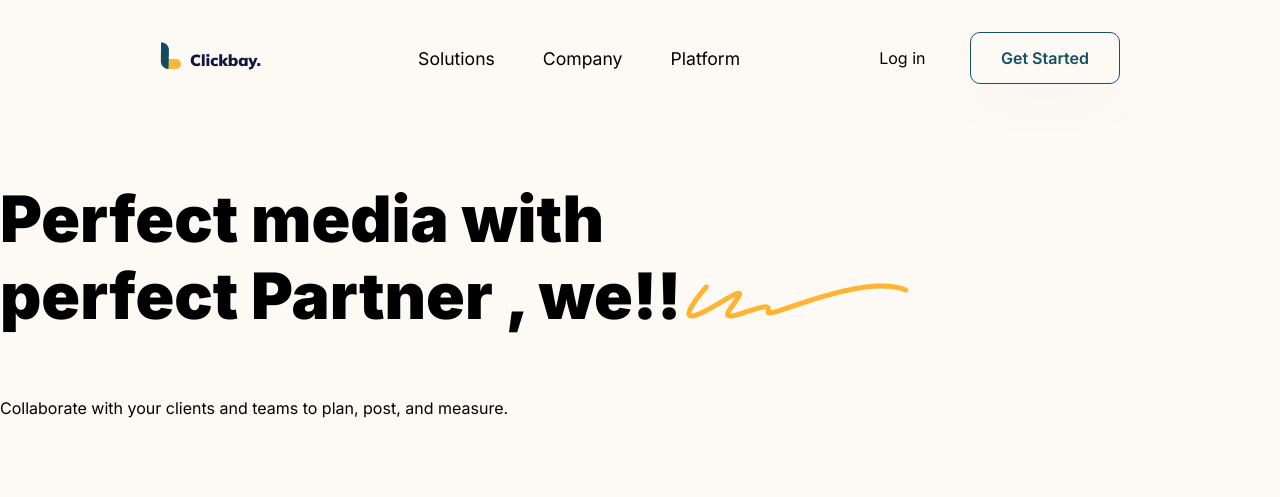
Repository: badhon252/Clickbay
Page: index.html
These files come from the project's save history. The page is drawn as it stood at one moment and after the next save; the edit follows.
The browser window is 1280 px wide. The pictures show the whole page.
The style sheet was rebuilt from its Sass, Less or Tailwind sources for each picture, by a compiler version that may differ from the author's.

Above is the page before, as saved 2022-09-03 23:44:58.

### index.html
<!DOCTYPE html>
<html lang="en">

<head>
    <meta charset="UTF-8">
    <meta http-equiv="X-UA-Compatible" content="IE=edge">
    <meta name="viewport" content="width=device-width, initial-scale=1.0">
    <link rel="stylesheet" href="./scss/style.css">
    <title>Document</title>
</head>

<body>
    <header class="">
        <nav class="navbar container">
            <div class="navbar_brand">
                <img src="./images/logo.png" alt="Image not found!">
            </div>

            <ul class="nav">
                <li class="nav-items"><a href="" class="nav-links">Solutions</a></li>
                <li class="nav-items"><a href="" class="nav-links">Company</a></li>
                <li class="nav-items"><a href="" class="nav-links">Platform</a></li>
            </ul>

            <div class="nav-btns">
                <button class="btn nav-log">Log in</button>
                <button class="btn nav-start">Get Started</button>
            </div>
        </nav>

        <div class="header-content">
            <h1 class="h1 my-4">
                Perfect media with <br> perfect Partner , we!!
            </h1>
            <img src="./images/Vector 735.png" alt="" class="signature">
            <p>Collaborate with your clients and teams to plan, post, and measure.</p>
        </div>
    </header>
</body>

</html>

### scss/style.scss
@import url("https://fonts.googleapis.com/css2?family=Inter:wght@400;600;700;800;900&display=swap");
* {
  margin: 0;
  padding: 0;
  box-sizing: border-box;
  font-family: "Inter", sans-serif;
  // font-family: 'Poppins';
}
.container {
  margin: 0 10rem;
}
.btn {
  outline: none;
  border: none;
  padding: 15px 30px;
  font-size: 1rem;
  background-color: transparent;
}
.h1 {
  font-size: 4rem;
}

// margin
.my-1 {
  margin: 1rem 0;
}
.my-2 {
  margin: 2rem 0;
}
.my-3 {
  margin: 3rem 0;
}
.my-4 {
  margin: 4rem 0;
}
.my-5 {
  margin: 5rem 0;
}

//==============================
//===================
//==============================
header {
  background-color: #fdf9f4;
  min-height: 100vh;
  .navbar {
    padding: 2rem 0;
    display: flex;
    justify-content: space-between;
    align-items: center;
    font-weight: 500;
    .nav {
      display: flex;
      .nav-items {
        margin-left: 3rem;
        list-style-type: none;
        .nav-links {
          text-decoration: none;
          color: black;
          font-size: 1.1rem;
          font-weight: 500;
        }
      }
    }

    .nav-start {
      border: 1px solid #1a5365;
      box-shadow: 0px 25px 35px -20px rgba(232, 236, 243, 0.5);
      border-radius: 10px;
      color: #154f61;
      font-weight: 600;
      margin-left: 10px;
    }
  }

  h1,
  .signature,
  p {
    display: inline-block;
    margin: 0 auto;
  }
  .h1 {
    // text-align: center;
    font-weight: 900;
  }
}

After the next save:
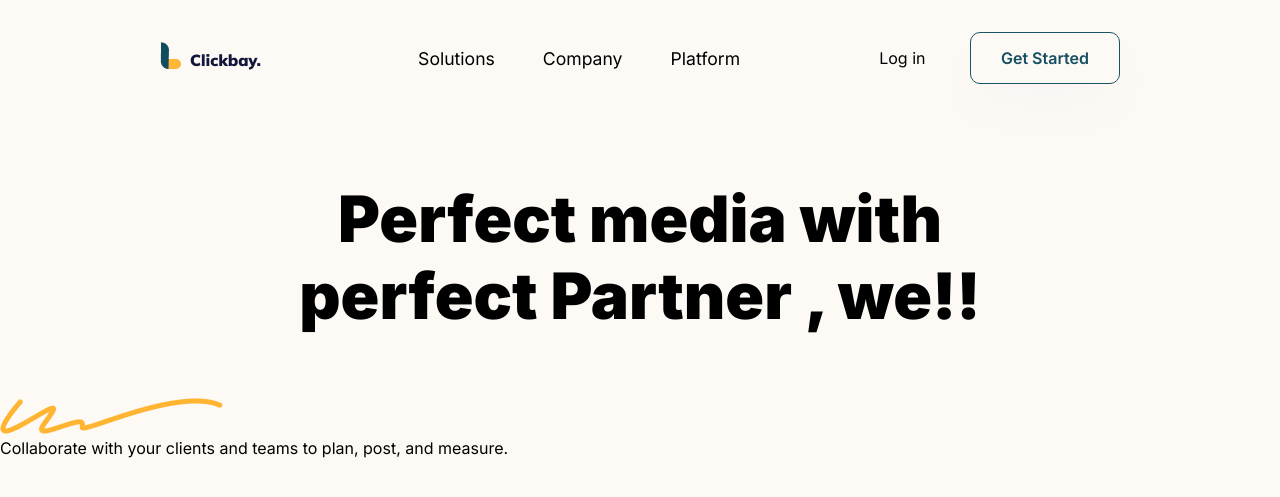
Saved 20 s later.
--- a/scss/style.scss
+++ b/scss/style.scss
@@ -73,14 +73,8 @@
     }
   }
 
-  h1,
-  .signature,
-  p {
-    display: inline-block;
-    margin: 0 auto;
-  }
   .h1 {
-    // text-align: center;
+    text-align: center;
     font-weight: 900;
   }
 }
